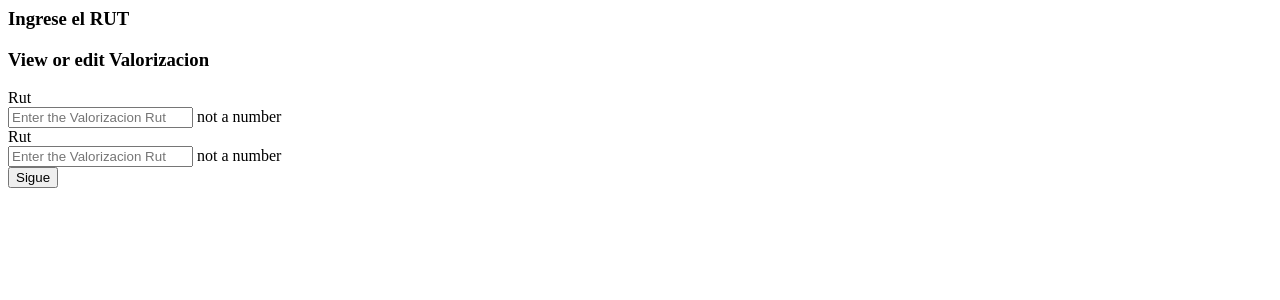
Repository: PabloRPalma/SistemaVentaSeguros
Page: Cotizador/src/main/webapp/views/Valorizacion/detail.html
An editor plug-in stored every save of this project. The page is shown before and after the next save, followed by the edit.
The browser window is 1280 px wide. The pictures show the whole page.

Above is the page before, as saved 2021-02-07 19:21:47.

### Cotizador/src/main/webapp/views/Valorizacion/detail.html
<header ng-switch on="$location.path().indexOf('/Valorizacions/new') > -1">
    <h3 ng-switch-when="true">Ingrese el RUT</h3>
    <h3 ng-switch-when="false">View or edit Valorizacion</h3>
</header>
<form id="ValorizacionForm" name="ValorizacionForm" class="form-horizontal" role="form">



    <div class="form-group" ng-class="{'has-error': ValorizacionForm.rut.$invalid}">
        <label for="rut" class="col-sm-2 control-label">Rut</label>
        <div id="rutControls" class="col-sm-10">
            <input  ng-rut rut-format="live"  t ng-keyup="$event.keyCode == 13 && buscarRut()" ng-blur="buscarRut()" type="text" id="rut" name="rut" class="form-control" ng-model="valorizacion.rut" placeholder="Enter the Valorizacion Rut"></input>
            <span class="help-block error" ng-show="ValorizacionForm.rut.$error.number">not a number</span>
        </div>
    </div>

 <div class="form-group" ng-class="{'has-error': ValorizacionForm.rut.$invalid}">
        <label for="rut3" class="col-sm-2 control-label">Rut</label>
        <div id="rutControls" class="col-sm-10">
            <input  ng-rut rut-format="live"  ng-change="buscarRut()" type="text" id="rut3" name="rut3" class="form-control" ng-model="valorizacion.rut" placeholder="Enter the Valorizacion Rut"></input>
            <span class="help-block error" ng-show="ValorizacionForm.rut.$error.number">not a number</span>
        </div>
    </div>

    <div class="form-group">
        <div class="col-sm-offset-2 col-sm-10">
            <button id="saveValorizacion" name="saveValorizacion" class="btn btn-primary" ng-disabled="isClean() || ValorizacionForm.$invalid" ng-click="save()"><span class="glyphicon glyphicon-ok-sign"></span> Sigue</button>


        </div>
    </div>
</form>

After the next save:
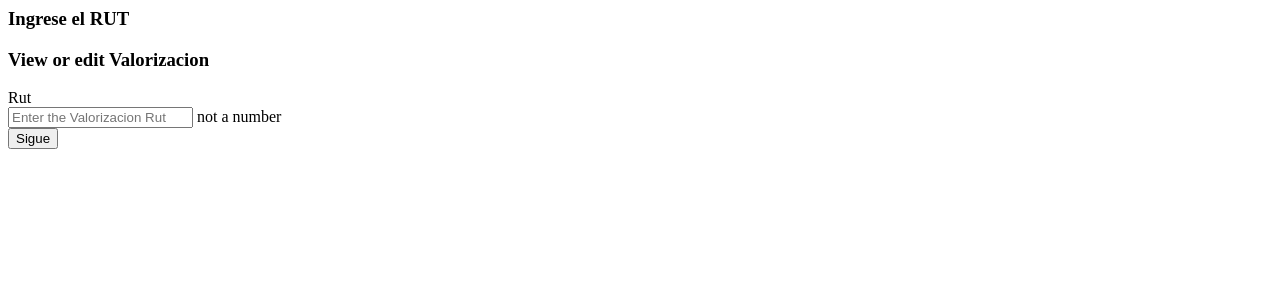
Saved 29 s later.
--- a/Cotizador/src/main/webapp/views/Valorizacion/detail.html
+++ b/Cotizador/src/main/webapp/views/Valorizacion/detail.html
@@ -14,13 +14,6 @@
         </div>
     </div>
 
- <div class="form-group" ng-class="{'has-error': ValorizacionForm.rut.$invalid}">
-        <label for="rut3" class="col-sm-2 control-label">Rut</label>
-        <div id="rutControls" class="col-sm-10">
-            <input  ng-rut rut-format="live"  ng-change="buscarRut()" type="text" id="rut3" name="rut3" class="form-control" ng-model="valorizacion.rut" placeholder="Enter the Valorizacion Rut"></input>
-            <span class="help-block error" ng-show="ValorizacionForm.rut.$error.number">not a number</span>
-        </div>
-    </div>
 
     <div class="form-group">
         <div class="col-sm-offset-2 col-sm-10">
